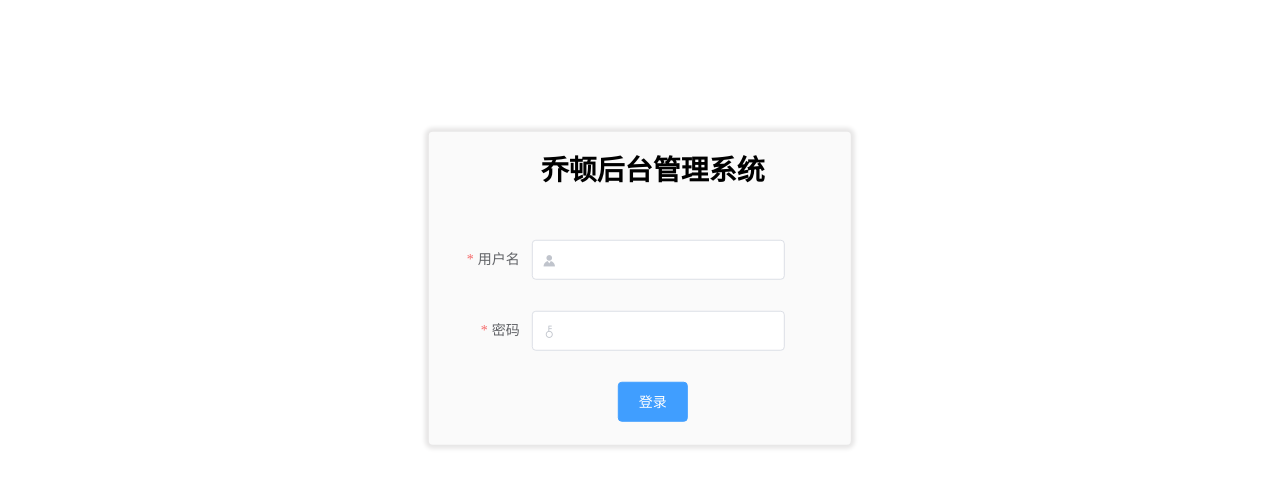
Repository: wangshanghai240/doll-practive
Page: /admin
These files come from the project's save history. The page is drawn as it stood at one moment and after the next save; the edit follows.
The browser window is 1280 px wide. The pictures show the whole page.
The project was rebuilt for these pictures with package versions that can differ from the ones it lists, and the page was loaded fresh each time. Also part of the build but not shown: vue.config.js.

Above is the page before, as saved 2021-08-26 20:00:51.

After the next save:
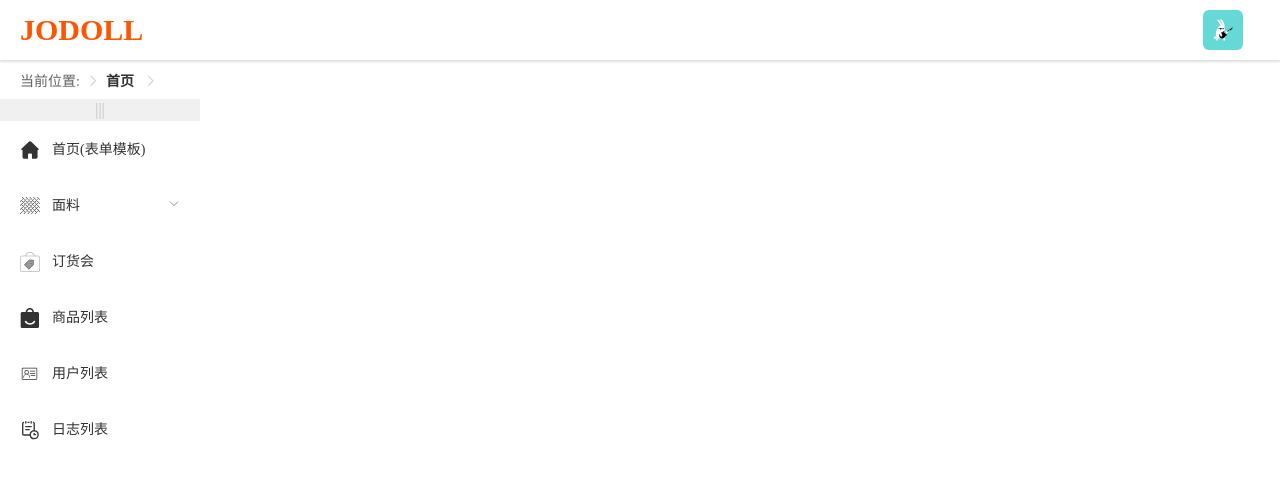
Saved 47 s later.
--- a/src/router/index.js
+++ b/src/router/index.js
@@ -113,15 +113,15 @@ VueRouter.prototype.push = function push(location) {
 //     }
 // })
 // 登录验证
-router.beforeEach((to, from, next) => {
+// router.beforeEach((to, from, next) => {
     // to:将要达到的路径
     // from:离开的路径
     // 如果访问/login直接放行
-    console.log(to.matched)
-    if (to.path == '/login') return next()
+    // console.log(to.matched)
+    // if (to.path == '/login') return next()
     // 如果sessionStorage没有token，则重定向到登录页
-    if (!sessionStorage.getItem('token')) return next('/login')
-    next()
-})
+//     if (!sessionStorage.getItem('token')) return next('/login')
+//     next()
+// })
 // 导出路由对象，暴露接口
 export default router
